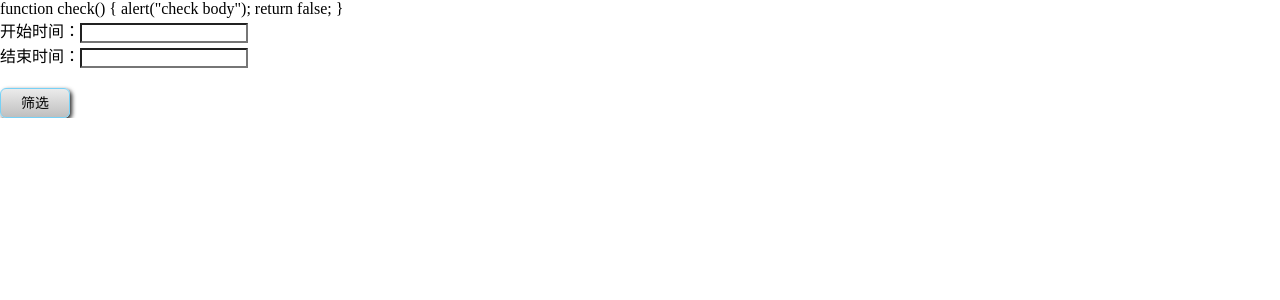
Repository: ruanhuabin/IntelliEyeShade
Page: http://localhost/IntelliEyeShade/statistics/statistics_filter.jsp
The author's editor kept a copy of each file at every save. The page is drawn from the files as they stood at one save, then again after the next save.
The browser window is 1280 px wide. The pictures show the whole page.
The page is served by Tomcat 9. Nobody is signed in. The application's start-up code is not run. Other server files are loaded and not shown.

Above is the page before, as saved 2016-11-21 08:35:03.

### IntelliEyeShade/WebRoot/statistics/statistics_filter.jsp
<%@ page language="java" import="java.util.*" contentType="text/html; charset=utf-8" %>
<%@ taglib prefix="s" uri="/struts-tags"%>
<%
String path = request.getContextPath();
String basePath = request.getScheme()+"://"+request.getServerName()+":"+request.getServerPort()+path+"/";
%>
<!DOCTYPE html>
<html>
	<meta http-equiv="content-type" content="text/html;charset=UTF-8">
	<link rel="stylesheet" type="text/css" href="../css/default.css" />
<style type="text/css">
* {
    background: none repeat scroll 0 0 transparent;
    border: 1 none;
    margin: 0;
    padding: 0;
    vertical-align: baseline;
	font-family:微软雅黑;
	overflow:hidden;
}
#navi{
	width:100%;
	position:relative;
	word-wrap:break-word;
	border-bottom:1px solid #065FB9;
	margin:0;
	padding:0;
	height:40px;
	line-height:40px;
	vertical-align:middle;
    background-image: -moz-linear-gradient(top,#EBEBEB, #BFBFBF);
    background-image: -webkit-gradient(linear, left top, left bottom, color-stop(0, #EBEBEB),color-stop(1,
#BFBFBF));
}
#naviDiv{
	font-size:14px;
	color:#333;
	padding-left:10px;
}
#tips{
	margin-top:10px;
	width:100%;
	height:40px;
}
#buttonGroup{
	padding-left:10px;
	float:left;
	height:35px;
}
.button{
	margin-top:20px;
	padding-left:10px;
	padding-right:10px;
	font-size:14px;
	width:70px;
	height:30px;
	line-height:30px;
	vertical-align:middle;
	text-align:center;
	cursor:pointer;
    border-color: #77D1F6;
    border-width: 1px;
    border-style: solid;
    border-radius: 6px 6px;
    -moz-box-shadow: 2px 2px 4px #282828;
    -webkit-box-shadow: 2px 2px 4px #282828;
    background-image: -moz-linear-gradient(top,#EBEBEB, #BFBFBF);
    background-image: -webkit-gradient(linear, left top, left bottom, color-stop(0, #EBEBEB),color-stop(1, #BFBFBF));
}
#mainContainer{
	padding-left:10px;
	padding-right:10px;
	text-align:left;
	width:98%;
	font-size:16px;
}
</style>
<head>
function check()
{
	alert("check body");
	return false;
}

</head>


<body>


<script type="text/javascript" src="../js/Calendar3.js"></script>
<form name="filter" action="<%=path%>/statistics/Statistics_query.action" method="post">
开始时间：<input name="starttime" type="text" id="control_date" size="20"
      maxlength="10" onclick="new Calendar().show(this);" readonly="readonly" />
<br>
结束时间：<input name="endtime" type="text" id="control_date" size="20"
      maxlength="10" onclick="new Calendar().show(this);" readonly="readonly" />
<br>
<input class="button" type="submit" value="筛选"/>
</form>

</body>
</html>

### IntelliEyeShade/WebRoot/css/default.css
/* 基本样式 */


/* 去掉图片、表单边框 */
img, form {
	margin:0;
	padding:0;
	border:0;
}

/* 超链接 */
a {
	text-decoration: none;
}
a:link, a:visited {
	color:#063685;
	text-decoration:none;
}
a:hover, a:active {
	color:#FF5500;
	text-decoration:underline;
}

/* 表格 */
table.default {
	border:1px solid #0283c5;
	border-collapse:collapse;
	margin-top:5px;
}
table.default td, table.default tr.style1 td {
	padding:2 5 2 5;
	height:26px;
	border:1px solid #ffffff;
}
table.default tr, table.default tr.style1{
	background-color:#f0f0f0;
}
table.default tr.style0{
	background-color:#dfdfdf;
}
table.default tr.title td, table.default tr.ltitle td {
	font-weight:bold;
	background:#0283c5;
	color:#ffffff;
	border:1px solid #ffffff;
	white-space:nowrap;
	height:26px;
	line-height:26px;
	vertical-align:middle;
}
table.default tr.ltitle td {
	text-align:left;
}
table.default tr.title td {
	text-align:center;
	line-height:26px;
	vertical-align:middle;
}
table.default tr.subtitle td ,table.default tr.lsubtitle td {
	font-weight:bold;
	background:#69f;
	color:#ffffff;
	border:1px solid #ffffff;
	white-space:nowrap;
	height:26px;
	line-height:26px;
	vertical-align:middle;
}
table.default tr.lsubtitle td {
	text-align:left;
}
table.default tr.subtitle td {
	text-align:center;
}

table.default tr.strong td {
	font-weight:bold;
	background:#DDD;
}

table.default tr.stronghl td {
	font-weight:bold;
	background:#FFCC99;
	text-align:center;
}

table.default tr.hl td {
	background:#ffffcc/*#FFFF99*/;
}

table.default td.item {
	font-weight:bold;
	color:#333333;
	text-align:right;
}

table.default td.text {
	line-height:150%;
}

table.default td.opt {
	background:#FFFF99;
	padding-right:10px;
}

table.explain {
	margin-top:5px;
	margin-bottom:5px;
}
table.explain td {
	font-family:宋体;
	font-size:12px;
	border:1px solid #333333;
	background:#f0f0f0;
	padding:8px;
	line-height:120%;
}

table.pages {
	border:0;
}
table.pages td {
	height:26px;
}

table.reswb {
	border:1px solid #0283c5;
	border-collapse:collapse;
	margin-top:10px;
}

table.reswb tr.title td {
	padding:2 5 2 5;
	font-weight:bold;
	background:#0283c5;
	color:#ffffff;
	border:1px solid #ffffff;
	white-space:nowrap;
	height:26px;
	line-height:26px;
	vertical-align:middle;
}

table.default tr.list{
	text-align: center;
	line-height:26px;
	vertical-align:middle;
}

/* 普通信息 */
div.info {
	padding:5px 5px 5px 2px;
	margin-top:10px;
}

/* 前台导航用 */
.tdnormal {
	border-bottom:1px solid white;
}

.tdselected {
	border:1px solid white;
	border-bottom:0;
	font-weight:bold;
}
.navtab td {
	height:30px;
	color:white;
	font-size:9pt;
	text-align:center;
}
a.navbar, a.navbar:visited, a.navbar:active {text-decoration: none;color:#FFF;}
a.navbar:hover {text-decoration: underline;color:#FFF;}


/* 错误信息 */
.errorBox {
	border:1px solid #ff0000;
	padding:5px;
	background:#FFCCCC;
}
.errorMessage {
	color:#cc0000;
}
ul {
	margin-left:30px;
	margin-top:0;
	margin-bottom:0;
}

/* 分页页码样式 */
.selectedPage {
	border:1px solid #999999;
	background:#ffffcc;
	color:#000000;
	padding:0 3px 2px 3px;
}
.noSelectedPage {
	padding:0 3px 0 3px;
}
a.page {
	font-size:12px;
	text-decoration: none;
}
a.page:link, a.page:visited {
	color:#0044DD;
	text-decoration:none;
}
a.page:hover, a.page:active {
	color:#FF5500;
	text-decoration:none;
}

/* 表单元素样式 */
.input_text {
	width:200px;
	margin-right:5px;
}
.notNull {
	color:red;
}
.notice {
	color:#20A8F0;
}

/* 后台任务链接样式 */
a.navlink {
	font-family:宋体;
	height:25px;
	font-weight:normal;
	letter-spacing:1px;
	padding:4 5 0 5;
	background:#e0e0e0;
	border:2px outset;
	FILTER: progid:DXImageTransform.Microsoft.Gradient(GradientType=0, StartColorStr=#ffffff, EndColorStr=#20A8F0);
}

a.navlink {text-decoration: none;color:#000000;}
a.navlink:visited {text-decoration: none;color:#000000;}
a.navlink:active {text-decoration: none;color:#0044DD;}
a.navlink:hover {text-decoration: none;color:#FF5500;}

/* 操作按钮 */
div.oper {
	margin:5px;
	text-align:right;
}

div.oper input {
	margin-left:5px;
	margin-right:5px;
}

/* 背景色 */
.fbg {
	background:#065FB9;
}
.bbg {
	background:#04477C;
}

/* tooltip */
/*
span.tip {
	cursor:default;
}
#tooltip {
	position: absolute;
	z-index: 3000;
	border: 1px solid #111;
	background-color: #eee;
	padding: 5px;
	opacity: 0.85;
}
#tooltip h3, #tooltip div {
	font-size:12px;
	margin: 0;
}
*/

/* 特殊高亮文本 */
span.spec {
	color:#003399;
}

/* 特殊灰色文本 */
span.gray {
	color:#666;
}

/* 黄色背景 */
.bg1 {
	background:#FFCC99;/*#FFFF99;*/
}

/* 绿色背景 */
.bg2 {
	background:#99CC99;
}

/* 文章样式 */

div.title {
	font-size:16px;
	font-weight:bold;
	background:#FFFF99;
	border-bottom:2px solid #000;
	padding:5px;
	margin-bottom:10px;
}

div.content {
	font-size:14px;
	line-height:150%;
}

div.faq-q {
	padding:5px;
	background:#DDD;
	font-weight:bold;
}

div.faq-a {
	padding:5px;
	line-height:150%;
	font-size:16px;
}

/* 问卷样式 */
.option {
	margin-right:10px;
}

.answer {
	background:#060;
	color:white;
	font-weight:bold;
	padding:2px;
}

table.stat {
	border-collapse:collapse;
}
table.stat td {
	border:0;
	padding-left:20px;
}
hr.percent {
	height:10px;
	color:#093;
	border:1px solid black;
}

td.indent {
	padding-left:10px;
}

#page_explain {
	display:none;
}

#navDiv {
	color:#333;
	padding-left:10px;
	line-height:30px;
	background:#CCFF99;
	border-bottom:1px solid #065FB9;
	height:30px;
	padding-top:6px;
}
/*--------分页样式-----------*/
.pager-top {
    overflow:hidden;
    padding:5px 10px 0;
    color:#333333;
    font-family:Tahoma,Verdana,sans-serif,simsun;
    font-size:12px;
    margin-top:10px;
    border-bottom:1px solid #D8DFEA;
}
.pager-top span {
    float:left;
    padding-bottom:6px;
}
.pagerpro {
    float:right;
    list-style-image:none;
    list-style-position:outside;
    list-style-type:none;
    margin:0;
    padding:0;
}
.pagerpro li {
    display:inline;
    float:left;
}
.pagerpro li a.chn {
    font-size:12px;
}
.pagerpro li a {
    display:block;
    font-size:11px;
    padding:3px 3px 2px;
    color:#005EAC;
    text-decoration:none;
}
.pagerpro li a.chn:hover {
    border-bottom:1px solid #005EAC;
}
.pagerpro li a:hover {
    background:#005EAC none repeat scroll 0 0;
    border-bottom:2px solid #005EAC;
    border-color:#D8DFEA #D8DFEA #005EAC;
    color:#FFFFFF;
    text-decoration:none;
}
.pagerpro li.current a, .pagerpro li.current a:hover {
    background:transparent none repeat scroll 0 0;
    border-bottom:2px solid #005EAC;
    border-color:#005EAC;
    color:#005EAC;
    font-weight:700;
    padding-left:2px;
    padding-right:2px;
}
.marquee_txt{
	font-size:12px;
	font-family:"微软雅黑";
	margin-top:5px;
	margin-left:auto;
    margin-right:auto;
    width:222px;
}

### IntelliEyeShade/WebRoot/js/Calendar3.js

/////////////////////////调用实例
//        <div>
//                <span>交易查询：</span> <span>从
//                    <input name="control_date" type="text" id="control_date" size="10"
//                        maxlength="10" onclick="new Calendar().show(this);" readonly="readonly" />
//                    <input type="button" name="button" id="button" value="button" onclick="new Calendar().show(this.form.control_date);" /></span>
//                <span>至
//                    <input name="control_date2" type="text" id="control_date2" size="10"
//                        maxlength="10" onclick="new Calendar().show(this);" readonly="readonly" />
//                    <input type="button" name="button" id="button1" value="button" onclick="new Calendar().show(this.form.control_date2);" /></span>

//        </div>


/**
 * Calendar
 * @param   beginYear           1990
 * @param   endYear             2010
 * @param   language            0(zh_cn)|1(en_us)|2(en_en)|3(zh_tw)
 * @param   patternDelimiter    "-"
 * @param   date2StringPattern  "yyyy-MM-dd"
 * @param   string2DatePattern  "ymd"
 * @version 1.0 build 2006-04-01
 * @version 1.1 build 2006-12-17
 * @author  KimSoft (jinqinghua [at] gmail.com)
 * NOTE!    you can use it free, but keep the copyright please
 * IMPORTANT:you must include this script file inner html body elment
 */
function Calendar(beginYear, endYear, language, patternDelimiter, date2StringPattern, string2DatePattern) {
	this.beginYear = beginYear || 1990;
	this.endYear   = endYear   || 2020;
	this.language  = language  || 0;
	this.patternDelimiter = patternDelimiter     || "-";
	this.date2StringPattern = date2StringPattern || Calendar.language["date2StringPattern"][this.language].replace(/\-/g, this.patternDelimiter);
	this.string2DatePattern = string2DatePattern || Calendar.language["string2DatePattern"][this.language];

	this.dateControl = null;
	this.panel  = this.getElementById("__calendarPanel");
	this.iframe = window.frames["__calendarIframe"];
	this.form   = null;

	this.date = new Date();
	this.year = this.date.getFullYear();
	this.month = this.date.getMonth();

	this.colors = {"bg_cur_day":"#00CC33","bg_over":"#EFEFEF","bg_out":"#FFCC00"}
};

Calendar.language = {
	"year"   : ["\u5e74", "", "", "\u5e74"],
	"months" : [
				["\u4e00\u6708","\u4e8c\u6708","\u4e09\u6708","\u56db\u6708","\u4e94\u6708","\u516d\u6708","\u4e03\u6708","\u516b\u6708","\u4e5d\u6708","\u5341\u6708","\u5341\u4e00\u6708","\u5341\u4e8c\u6708"],
				["JAN","FEB","MAR","APR","MAY","JUN","JUL","AUG","SEP","OCT","NOV","DEC"],
				["JAN","FEB","MAR","APR","MAY","JUN","JUL","AUG","SEP","OCT","NOV","DEC"],
				["\u4e00\u6708","\u4e8c\u6708","\u4e09\u6708","\u56db\u6708","\u4e94\u6708","\u516d\u6708","\u4e03\u6708","\u516b\u6708","\u4e5d\u6708","\u5341\u6708","\u5341\u4e00\u6708","\u5341\u4e8c\u6708"]
				],
	"weeks"  : [["\u65e5","\u4e00","\u4e8c","\u4e09","\u56db","\u4e94","\u516d"],
				["Sun","Mon","Tur","Wed","Thu","Fri","Sat"],
				["Sun","Mon","Tur","Wed","Thu","Fri","Sat"],
				["\u65e5","\u4e00","\u4e8c","\u4e09","\u56db","\u4e94","\u516d"]
		],
	"clear"  : ["\u6e05\u7a7a", "Clear", "Clear", "\u6e05\u7a7a"],
	"today"  : ["\u4eca\u5929", "Today", "Today", "\u4eca\u5929"],
	"close"  : ["\u5173\u95ed", "Close", "Close", "\u95dc\u9589"],
	"date2StringPattern" : ["yyyy-MM-dd", "yyyy-MM-dd", "yyyy-MM-dd", "yyyy-MM-dd"],
	"string2DatePattern" : ["ymd","ymd", "ymd", "ymd"]
};

Calendar.prototype.draw = function() {
	calendar = this;

	var _cs = [];
	_cs[_cs.length] = '<form id="__calendarForm" name="__calendarForm" method="post">';
	_cs[_cs.length] = '<table id="__calendarTable" width="100%" border="0" cellpadding="3" cellspacing="1" align="center">';
	_cs[_cs.length] = ' <tr>';
	_cs[_cs.length] = '  <th><input class="l" name="goPrevMonthButton" type="button" id="goPrevMonthButton" value="&lt;" \/><\/th>';
	_cs[_cs.length] = '  <th colspan="5"><select class="year" name="yearSelect" id="yearSelect"><\/select><select class="month" name="monthSelect" id="monthSelect"><\/select><\/th>';
	_cs[_cs.length] = '  <th><input class="r" name="goNextMonthButton" type="button" id="goNextMonthButton" value="&gt;" \/><\/th>';
	_cs[_cs.length] = ' <\/tr>';
	_cs[_cs.length] = ' <tr>';
	for(var i = 0; i < 7; i++) {
		_cs[_cs.length] = '<th class="theader">';
		_cs[_cs.length] = Calendar.language["weeks"][this.language][i];
		_cs[_cs.length] = '<\/th>';
	}
	_cs[_cs.length] = '<\/tr>';
	for(var i = 0; i < 6; i++){
		_cs[_cs.length] = '<tr align="center">';
		for(var j = 0; j < 7; j++) {
			switch (j) {
				case 0: _cs[_cs.length] = '<td class="sun">&nbsp;<\/td>'; break;
				case 6: _cs[_cs.length] = '<td class="sat">&nbsp;<\/td>'; break;
				default:_cs[_cs.length] = '<td class="normal">&nbsp;<\/td>'; break;
			}
		}
		_cs[_cs.length] = '<\/tr>';
	}
	_cs[_cs.length] = ' <tr>';
	_cs[_cs.length] = '  <th colspan="2"><input type="button" class="b" name="clearButton" id="clearButton" \/><\/th>';
	_cs[_cs.length] = '  <th colspan="3"><input type="button" class="b" name="selectTodayButton" id="selectTodayButton" \/><\/th>';
	_cs[_cs.length] = '  <th colspan="2"><input type="button" class="b" name="closeButton" id="closeButton" \/><\/th>';
	_cs[_cs.length] = ' <\/tr>';
	_cs[_cs.length] = '<\/table>';
	_cs[_cs.length] = '<\/form>';

	this.iframe.document.body.innerHTML = _cs.join("");
	this.form = this.iframe.document.forms["__calendarForm"];

	this.form.clearButton.value = Calendar.language["clear"][this.language];
	this.form.selectTodayButton.value = Calendar.language["today"][this.language];
	this.form.closeButton.value = Calendar.language["close"][this.language];

	this.form.goPrevMonthButton.onclick = function () {calendar.goPrevMonth(this);}
	this.form.goNextMonthButton.onclick = function () {calendar.goNextMonth(this);}
	this.form.yearSelect.onchange = function () {calendar.update(this);}
	this.form.monthSelect.onchange = function () {calendar.update(this);}

	this.form.clearButton.onclick = function () {calendar.dateControl.value = "";calendar.hide();}
	this.form.closeButton.onclick = function () {calendar.hide();}
	this.form.selectTodayButton.onclick = function () {
		var today = new Date();
		calendar.date = today;
		calendar.year = today.getFullYear();
		calendar.month = today.getMonth();
		calendar.dateControl.value = today.format(calendar.date2StringPattern);
		calendar.hide();
	}
};

Calendar.prototype.bindYear = function() {
	var ys = this.form.yearSelect;
	ys.length = 0;
	for (var i = this.beginYear; i <= this.endYear; i++){
		ys.options[ys.length] = new Option(i + Calendar.language["year"][this.language], i);
	}
};

Calendar.prototype.bindMonth = function() {
	var ms = this.form.monthSelect;
	ms.length = 0;
	for (var i = 0; i < 12; i++){
		ms.options[ms.length] = new Option(Calendar.language["months"][this.language][i], i);
	}
};

Calendar.prototype.goPrevMonth = function(e){
	if (this.year == this.beginYear && this.month == 0){return;}
	this.month--;
	if (this.month == -1) {
		this.year--;
		this.month = 11;
	}
	this.date = new Date(this.year, this.month, 1);
	this.changeSelect();
	this.bindData();
};

Calendar.prototype.goNextMonth = function(e){
	if (this.year == this.endYear && this.month == 11){return;}
	this.month++;
	if (this.month == 12) {
		this.year++;
		this.month = 0;
	}
	this.date = new Date(this.year, this.month, 1);
	this.changeSelect();
	this.bindData();
};

Calendar.prototype.changeSelect = function() {
	var ys = this.form.yearSelect;
	var ms = this.form.monthSelect;
	for (var i= 0; i < ys.length; i++){
		if (ys.options[i].value == this.date.getFullYear()){
			ys[i].selected = true;
			break;
		}
	}
	for (var i= 0; i < ms.length; i++){
		if (ms.options[i].value == this.date.getMonth()){
			ms[i].selected = true;
			break;
		}
	}
};

Calendar.prototype.update = function (e){
	this.year  = e.form.yearSelect.options[e.form.yearSelect.selectedIndex].value;
	this.month = e.form.monthSelect.options[e.form.monthSelect.selectedIndex].value;
	this.date = new Date(this.year, this.month, 1);
	this.changeSelect();
	this.bindData();
};

Calendar.prototype.bindData = function () {
	var calendar = this;
	var dateArray = this.getMonthViewDateArray(this.date.getFullYear(), this.date.getMonth());
	var tds = this.getElementsByTagName("td", this.getElementById("__calendarTable", this.iframe.document));
	for(var i = 0; i < tds.length; i++) {
  		tds[i].style.backgroundColor = calendar.colors["bg_over"];
		tds[i].onclick = null;
		tds[i].onmouseover = null;
		tds[i].onmouseout = null;
		tds[i].innerHTML = dateArray[i] || "&nbsp;";
		if (i > dateArray.length - 1) continue;
		if (dateArray[i]){
			tds[i].onclick = function () {
				if (calendar.dateControl){
					calendar.dateControl.value = new Date(calendar.date.getFullYear(),
														calendar.date.getMonth(),
														this.innerHTML).format(calendar.date2StringPattern);
				}
				calendar.hide();
			}
			tds[i].onmouseover = function () {this.style.backgroundColor = calendar.colors["bg_out"];}
			tds[i].onmouseout  = function () {this.style.backgroundColor = calendar.colors["bg_over"];}
			var today = new Date();
			if (today.getFullYear() == calendar.date.getFullYear()) {
				if (today.getMonth() == calendar.date.getMonth()) {
					if (today.getDate() == dateArray[i]) {
						tds[i].style.backgroundColor = calendar.colors["bg_cur_day"];
						tds[i].onmouseover = function () {this.style.backgroundColor = calendar.colors["bg_out"];}
						tds[i].onmouseout  = function () {this.style.backgroundColor = calendar.colors["bg_cur_day"];}
					}
				}
			}
		}//end if
	}//end for
};

Calendar.prototype.getMonthViewDateArray = function (y, m) {
	var dateArray = new Array(42);
	var dayOfFirstDate = new Date(y, m, 1).getDay();
	var dateCountOfMonth = new Date(y, m + 1, 0).getDate();
	for (var i = 0; i < dateCountOfMonth; i++) {
		dateArray[i + dayOfFirstDate] = i + 1;
	}
	return dateArray;
};

Calendar.prototype.show = function (dateControl, popuControl) {
	if (this.panel.style.visibility == "visible") {
		this.panel.style.visibility = "hidden";
	}
	if (!dateControl){
		throw new Error("arguments[0] is necessary!")
	}
	this.dateControl = dateControl;
	popuControl = popuControl || dateControl;

	this.draw();
	this.bindYear();
	this.bindMonth();
	if (dateControl.value.length > 0){
		this.date  = new Date(dateControl.value.toDate(this.patternDelimiter, this.string2DatePattern));
		this.year  = this.date.getFullYear();
		this.month = this.date.getMonth();
	}
	this.changeSelect();
	this.bindData();

	var xy = this.getAbsPoint(popuControl);
	this.panel.style.left = xy.x + "px";
	this.panel.style.top = (xy.y + dateControl.offsetHeight) + "px";
	this.panel.style.visibility = "visible";
};

Calendar.prototype.hide = function() {
	this.panel.style.visibility = "hidden";
};

Calendar.prototype.getElementById = function(id, object){
	object = object || document;
	return document.getElementById ? object.getElementById(id) : document.all(id);
};

Calendar.prototype.getElementsByTagName = function(tagName, object){
	object = object || document;
	return document.getElementsByTagName ? object.getElementsByTagName(tagName) : document.all.tags(tagName);
};

Calendar.prototype.getAbsPoint = function (e){
	var x = e.offsetLeft;
	var y = e.offsetTop;
	while(e = e.offsetParent){
		x += e.offsetLeft;
		y += e.offsetTop;
	}
	return {"x": x, "y": y};
};

/**
 * @param   d the delimiter
 * @param   p the pattern of your date
 * @author  meizz
 * @author  kimsoft add w+ pattern
 */
Date.prototype.format = function(style) {
	var o = {
		"M+" : this.getMonth() + 1, //month
		"d+" : this.getDate(),      //day
		"h+" : this.getHours(),     //hour
		"m+" : this.getMinutes(),   //minute
		"s+" : this.getSeconds(),   //second
		"w+" : "\u65e5\u4e00\u4e8c\u4e09\u56db\u4e94\u516d".charAt(this.getDay()),   //week
		"q+" : Math.floor((this.getMonth() + 3) / 3),  //quarter
		"S"  : this.getMilliseconds() //millisecond
	}
	if (/(y+)/.test(style)) {
		style = style.replace(RegExp.$1, (this.getFullYear() + "").substr(4 - RegExp.$1.length));
	}
	for(var k in o){
		if (new RegExp("("+ k +")").test(style)){
			style = style.replace(RegExp.$1, RegExp.$1.length == 1 ? o[k] : ("00" + o[k]).substr(("" + o[k]).length));
		}
	}
	return style;
};

/**
 * @param d the delimiter
 * @param p the pattern of your date
 * @rebuilder kimsoft
 * @version build 2006.12.15
 */
String.prototype.toDate = function(delimiter, pattern) {
	delimiter = delimiter || "-";
	pattern = pattern || "ymd";
	var a = this.split(delimiter);
	var y = parseInt(a[pattern.indexOf("y")], 10);
	//remember to change this next century ;)
	if(y.toString().length <= 2) y += 2000;
	if(isNaN(y)) y = new Date().getFullYear();
	var m = parseInt(a[pattern.indexOf("m")], 10) - 1;
	var d = parseInt(a[pattern.indexOf("d")], 10);
	if(isNaN(d)) d = 1;
	return new Date(y, m, d);
};

document.writeln('<div id="__calendarPanel" style="position:absolute;visibility:hidden;z-index:9999;background-color:#FFFFFF;border:1px solid #666666;width:200px;height:216px;">');
document.writeln('<iframe name="__calendarIframe" id="__calendarIframe" width="100%" height="100%" scrolling="no" frameborder="0" style="margin:0px;"><\/iframe>');
var __ci = window.frames['__calendarIframe'];
__ci.document.writeln('<!DOCTYPE html PUBLIC "-\/\/W3C\/\/DTD XHTML 1.0 Transitional\/\/EN" "http:\/\/www.w3.org\/TR\/xhtml1\/DTD\/xhtml1-transitional.dtd">');
__ci.document.writeln('<html xmlns="http:\/\/www.w3.org\/1999\/xhtml">');
__ci.document.writeln('<head>');
__ci.document.writeln('<meta http-equiv="Content-Type" content="text\/html; charset=utf-8" \/>');
__ci.document.writeln('<title>Web Calendar(UTF-8) Written By KimSoft<\/title>');
__ci.document.writeln('<style type="text\/css">');
__ci.document.writeln('<!--');
__ci.document.writeln('body {font-size:12px;margin:0px;text-align:center;}');
__ci.document.writeln('form {margin:0px;}');
__ci.document.writeln('select {font-size:12px;background-color:#EFEFEF;}');
__ci.document.writeln('table {border:0px solid #CCCCCC;background-color:#FFFFFF}');
__ci.document.writeln('th {font-size:12px;font-weight:normal;background-color:#FFFFFF;}');
__ci.document.writeln('th.theader {font-weight:normal;background-color:#666666;color:#FFFFFF;width:24px;}');
__ci.document.writeln('select.year {width:64px;}');
__ci.document.writeln('select.month {width:60px;}');
__ci.document.writeln('td {font-size:12px;text-align:center;}');
__ci.document.writeln('td.sat {color:#0000FF;background-color:#EFEFEF;}');
__ci.document.writeln('td.sun {color:#FF0000;background-color:#EFEFEF;}');
__ci.document.writeln('td.normal {background-color:#EFEFEF;}');
__ci.document.writeln('input.l {border: 1px solid #CCCCCC;background-color:#EFEFEF;width:20px;height:20px;}');
__ci.document.writeln('input.r {border: 1px solid #CCCCCC;background-color:#EFEFEF;width:20px;height:20px;}');
__ci.document.writeln('input.b {border: 1px solid #CCCCCC;background-color:#EFEFEF;width:100%;height:20px;}');
__ci.document.writeln('-->');
__ci.document.writeln('<\/style>');
__ci.document.writeln('<\/head>');
__ci.document.writeln('<body>');
__ci.document.writeln('<\/body>');
__ci.document.writeln('<\/html>');
__ci.document.close();
document.writeln('<\/div>');
var calendar = new Calendar();
//-->

After the next save:
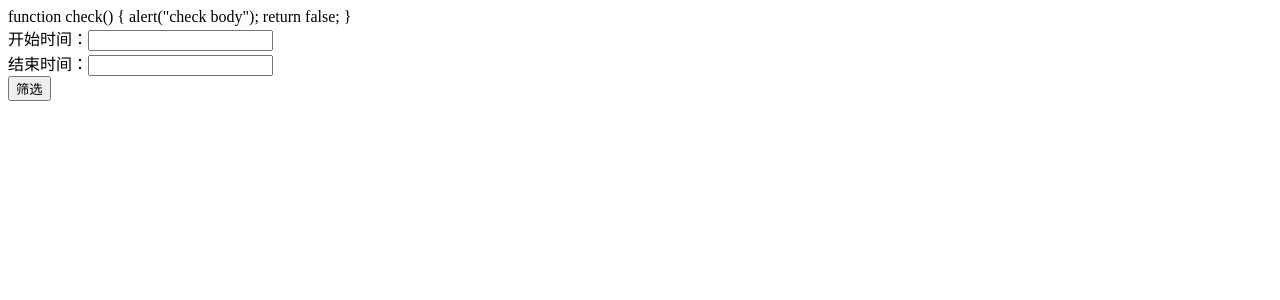
Saved 40 s later.
--- a/IntelliEyeShade/WebRoot/statistics/statistics_filter.jsp
+++ b/IntelliEyeShade/WebRoot/statistics/statistics_filter.jsp
@@ -8,73 +8,6 @@ String basePath = request.getScheme()+"://"+request.getServerName()+":"+request.
 <html>
 	<meta http-equiv="content-type" content="text/html;charset=UTF-8">
 	<link rel="stylesheet" type="text/css" href="../css/default.css" />
-<style type="text/css">
-* {
-    background: none repeat scroll 0 0 transparent;
-    border: 1 none;
-    margin: 0;
-    padding: 0;
-    vertical-align: baseline;
-	font-family:微软雅黑;
-	overflow:hidden;
-}
-#navi{
-	width:100%;
-	position:relative;
-	word-wrap:break-word;
-	border-bottom:1px solid #065FB9;
-	margin:0;
-	padding:0;
-	height:40px;
-	line-height:40px;
-	vertical-align:middle;
-    background-image: -moz-linear-gradient(top,#EBEBEB, #BFBFBF);
-    background-image: -webkit-gradient(linear, left top, left bottom, color-stop(0, #EBEBEB),color-stop(1,
-#BFBFBF));
-}
-#naviDiv{
-	font-size:14px;
-	color:#333;
-	padding-left:10px;
-}
-#tips{
-	margin-top:10px;
-	width:100%;
-	height:40px;
-}
-#buttonGroup{
-	padding-left:10px;
-	float:left;
-	height:35px;
-}
-.button{
-	margin-top:20px;
-	padding-left:10px;
-	padding-right:10px;
-	font-size:14px;
-	width:70px;
-	height:30px;
-	line-height:30px;
-	vertical-align:middle;
-	text-align:center;
-	cursor:pointer;
-    border-color: #77D1F6;
-    border-width: 1px;
-    border-style: solid;
-    border-radius: 6px 6px;
-    -moz-box-shadow: 2px 2px 4px #282828;
-    -webkit-box-shadow: 2px 2px 4px #282828;
-    background-image: -moz-linear-gradient(top,#EBEBEB, #BFBFBF);
-    background-image: -webkit-gradient(linear, left top, left bottom, color-stop(0, #EBEBEB),color-stop(1, #BFBFBF));
-}
-#mainContainer{
-	padding-left:10px;
-	padding-right:10px;
-	text-align:left;
-	width:98%;
-	font-size:16px;
-}
-</style>
 <head>
 function check()
 {
